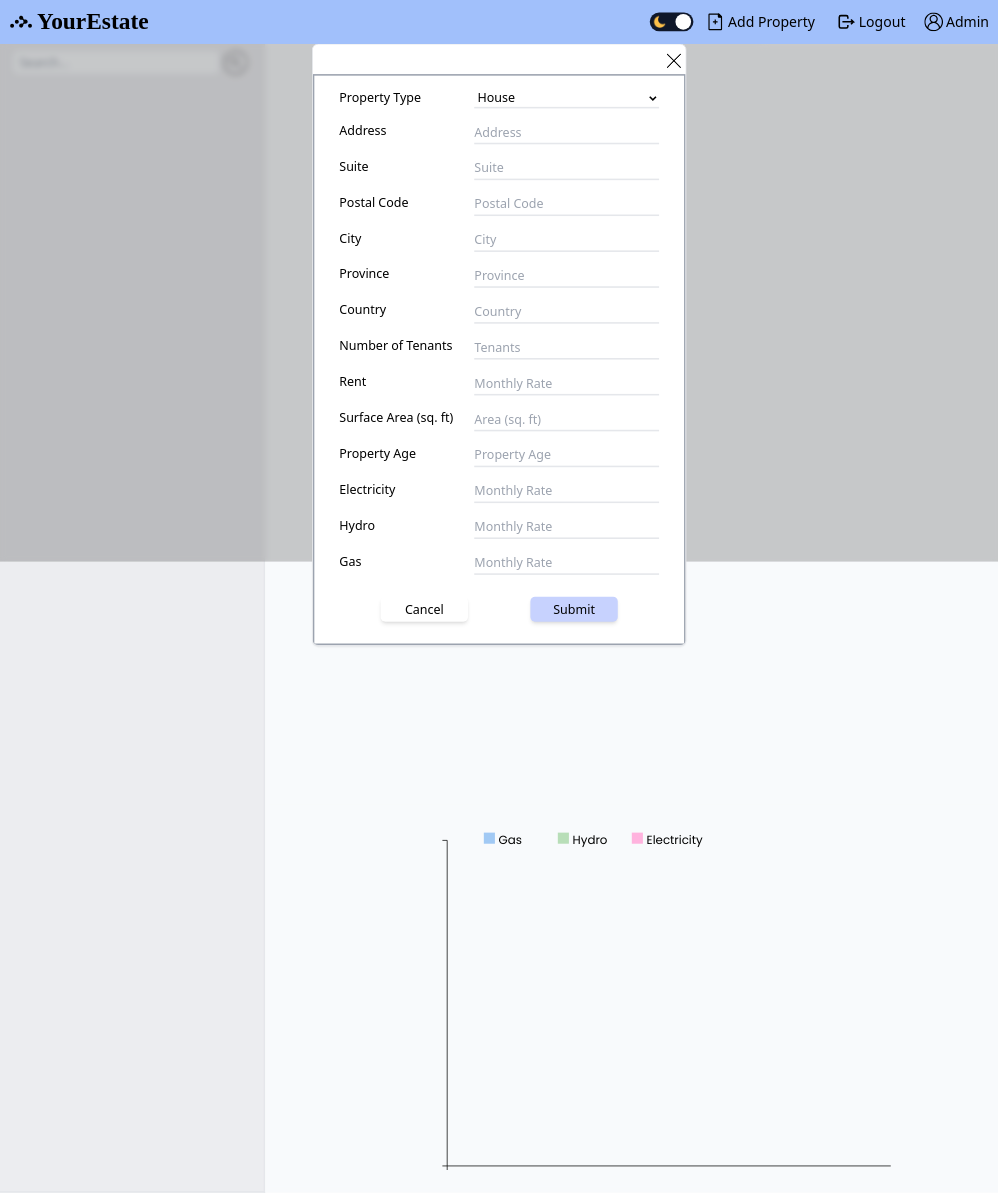
Repository: Fortivera/yourestate
Page: /dashboard/createproperty
The author's editor kept a copy of each file at every save. The page is drawn from the files as they stood at one save, then again after the next save.
The browser window is 1280 px wide. The pictures show the whole page, at 78% of full size.
The page's requests for data from a server got no answer. The project was rebuilt for these pictures with package versions that can differ from the ones it lists, and the page was loaded fresh each time. Some packages were replaced by stand-ins written for this rebuild. The framework's server and built-in components were replaced by stand-ins that run in the browser. No one was signed in, and anything a server would have sent is missing. Also part of the build but not shown: next.config.js, src/app/loading.tsx, src/components/PropertyCard.tsx.

Above is the page before, as saved 2023-12-31 00:45:58.

### src/app/layout.tsx
import "./globals.css"
import { Analytics } from "@vercel/analytics/react"
import { Metadata } from "next"
import ReactQueryProvider from "./providers"

export const metadata: Metadata = {
  title: {
    template: "%s | Your Estate Login",
    default: "Your Estate Login",
  },
  description: "Home page for the real estate web application",
}

export default function RootLayout({ children }: { children: React.ReactNode }) {
  return (
    <html lang="en">
      <body>
        <ReactQueryProvider>
          {children}
          <Analytics />
        </ReactQueryProvider>
      </body>
    </html>
  )
}

### src/app/dashboard/layout.tsx
import { ThemeContextProvider } from "@/context/ThemeContex"
import ThemeProvider from "@/providers/ThemeProvider"
import { QueryClient, HydrationBoundary, dehydrate } from "@tanstack/react-query"
import { getProperty } from "lib/useRequestFunctions"

import { Analytics } from "../../components/Analytics/Analytics"
import Navbar from "../../components/Navbar"
import PropertiesList from "../../components/PropertiesList"

// import { usePropertyStore } from "../usePropertiesStore"

export default async function Layout({ children }: { children: React.ReactNode }) {
    const queryClient = new QueryClient()
    await queryClient.prefetchQuery({
        queryKey: ["allProperties"],
        queryFn: getProperty,
    })

    // const allPropertiesPromise: Promise<Property[]> = await getProperty()
    // const allProperties = await allPropertiesPromise

    // usePropertyStore.setState({ allProperties })

    return (
        <>
            <ThemeContextProvider>
                <ThemeProvider>
                    <header>
                        <Navbar />
                    </header>
                    <div>{children}</div>
                    <main>
                        <div className="flex flex-col md:flex-row mt-14">
                            <div className="w-screen md:h-auto md:w-[29rem] h-[50vh]">
                                <HydrationBoundary state={dehydrate(queryClient)}>
                                    <PropertiesList />
                                </HydrationBoundary>
                            </div>
                            <HydrationBoundary state={dehydrate(queryClient)}>
                                <Analytics />
                            </HydrationBoundary>
                        </div>
                    </main>
                </ThemeProvider>
            </ThemeContextProvider>
        </>
    )
}

### src/app/dashboard/createproperty/layout.tsx
'use client'

import Layout from "../layout";
import ProductsPage from "../page";

export default function Layouta({ children, }: { children: React.ReactNode }) {
    return (
        <>

            {children}
        </>
    )

}

### src/app/globals.css
@import url("https://fonts.googleapis.com/css2?family=Lora:ital,wght@0,400;0,500;0,600;1,400;1,500;1,600&family=Montserrat:ital,wght@0,300;0,400;0,500;0,600;1,300;1,400;1,500;1,600&family=Poppins:ital,wght@0,300;0,400;0,500;0,600;0,700;0,800;0,900;1,300;1,400;1,500;1,600;1,700;1,800;1,900&family=Noto+Sans:ital,wght@0,300;0,400;0,500;0,600;0,700;0,800;0,900;1,300;1,400;1,500;1,600;1,700;1,800;1,900&display=swap");

@tailwind base;
@tailwind components;
@tailwind utilities;

.navbarDark {
    background-color: rgb(45 48 56);
    color: #ddd;
}
.navbarLight {
    background-color: rgb(161, 192, 251);
    color: black;
}
.propertyListLight {
    background-color: rgb(249 250 251);
    color: black;
    border-color: rgb(229 231 235);
}
.propertyListDark {
    background-color: rgb(45 48 56 / 0.95);
    color: #ddd;
}
.searchbarLight {
    background-color: rgb(248 250 252);
    color: black;
}
.searchbarDark {
    background-color: rgb(100 116 139 / 0.6);
    color: #ddd;
}
.propertyLight {
    background-color: rgb(249 250 251);
    color: black;
}
.propertyDark {
    background-color: rgb(45 48 56 / 0.95);
    color: #ddd;
}

### src/app/providers.tsx
"use client"
import { ReactNode, useState } from "react"
import { QueryClient, QueryClientProvider } from "@tanstack/react-query"
import { ReactQueryDevtools } from "@tanstack/react-query-devtools"

type Props = {
  children: ReactNode
}

export default function ReactQueryProvider({ children }: Props) {
  const [queryClient] = useState(() => new QueryClient())

  return (
    <QueryClientProvider client={queryClient}>
      <ReactQueryDevtools initialIsOpen={false} />
      {children}
    </QueryClientProvider>
  )
}

### src/context/ThemeContex.tsx
"use client"
import { createContext, useState, ReactNode, useEffect } from "react"

interface ChildrenProps {
    children: ReactNode
}

interface ThemeContextType {
    theme: string
    toggle: () => void
}

// This component is responsible to registering and remembering what theme was chosen by the user
// we use local storage for that
export const ThemeContext = createContext<ThemeContextType>({
    theme: "light",
    toggle: () => {},
})

function getFromLocalStorage() {
    if (typeof window === "undefined") {
        return "light" // Use a default theme on the server-side
    }
    return localStorage.getItem("theme") || "light"
}

export const ThemeContextProvider = ({ children }: ChildrenProps) => {
    const [theme, setTheme] = useState<string>(getFromLocalStorage)

    // since next.js uses server side rendering, we must specify if the transition to client is completed
    const toggle = () => {
        setTheme((prevTheme) => (prevTheme === "light" ? "dark" : "light"))
    }

    useEffect(() => {
        localStorage.setItem("theme", theme)
    }, [theme])

    return <ThemeContext.Provider value={{ theme, toggle }}>{children}</ThemeContext.Provider>
}

### src/providers/ThemeProvider.tsx
"use client"

import { useState, useEffect, useContext, ReactNode } from "react"
import { ThemeContext } from "@/context/ThemeContex"

interface ChildrenProps {
    children: ReactNode
}

// this component is created to keep the layout/page as server side rendered.
// useContext() requires you to have "use client"

export default function ThemeProvider({ children }: ChildrenProps) {
    const { theme } = useContext(ThemeContext)
    const [mounted, setMounted] = useState(false)

    useEffect(() => {
        setMounted(true)
    }, [])

    if (!mounted) {
        return null // or a loading placeholder if desired
    }
    return <div className={theme}>{children}</div>
}

### lib/useRequestFunctions.ts
export function filterId(arr: Property[], propertyid: number) {
  for (let i = 0; i < arr.length; i++) {
    try {
      if (arr[i].id != propertyid) {
        continue
      } else {
        return arr[i] as Property
      }
    } catch (error) {
      console.error(error)
    }
  }
}

export function deleteProperty(userInput: number) {
  const url = `${process.env.NEXT_PUBLIC_SERVER_URL}${process.env.NEXT_PUBLIC_PROPERTY_ENDPOINT}${userInput}`
  console.log(url)
  try {
    fetch(url, {
      method: "DELETE",
      body: JSON.stringify(userInput),
      headers: {
        "Content-Type": "application/json",
      },
    })
  } catch (err) {
    console.error(err)
    alert(`We can't submit the form, because of ${err}`)
  }
}

// eslint-disable-next-line no-unused-vars
export async function updateProperty(userInput: Property, id: number) {
  const url = `${process.env.NEXT_PUBLIC_SERVER_URL}${process.env.NEXT_PUBLIC_PROPERTY_ENDPOINT}/${id}`
  // const url = "http://localhost:5085/api/Properties/39"
  console.log(url)
  try {
    const response = await fetch(url, {
      method: "PUT",
      body: JSON.stringify(userInput),
      headers: {
        "Content-Type": "application/json",
      },
    })
    if (!response.ok) {
      throw new Error(`Invalid response: ${response.status}`)
    }
  } catch (err) {
    console.error(err)
    alert("We can't submit the form, try again later?")
  }
}

export async function getProperty(): Promise<Property[]> {
  try {
    const response = await fetch(`${process.env.NEXT_PUBLIC_SERVER_URL}${process.env.NEXT_PUBLIC_PROPERTY_ENDPOINT}`, {
      cache: "no-store",
    })
    if (!response.ok) {
      throw new Error("Failed to fetch data.")
    }

    const propertyCollection: Property[] = await response.json()
    return propertyCollection
  } catch (err) {
    console.log(err)
    return []
  }
}

// Helper function to get the token and save it in localStorage
export async function tokenHandleResponse(response: Response) {
  if (response.ok) {
    const data = await response.json()
    if (data.token) {
      localStorage.setItem("token", data.token)
      return data
    }
    throw new Error("Token not found in response")
  }
  throw new Error("Network response was not ok.")
}

### src/components/Analytics/Analytics.tsx
"use client"
import Loading from "@/app/loading"
import { ThemeContext } from "@/context/ThemeContex"
import { useQuery } from "@tanstack/react-query"
import { getProperty } from "lib/useRequestFunctions"
import React, { Suspense, useContext } from "react"
import { D3BarChart } from "./D3charts/D3BarChart"
import { D3DonutPieChart } from "./D3charts/D3DonutPieChart"
import { D3PieChart } from "./D3charts/D3PieChart"

// interface Props {
//     allProperties: Property[]
// }

export const Analytics = () => {
    const { theme } = useContext(ThemeContext)
    const { data: allProperties, error } = useQuery({
        queryKey: ["allProperties"],
        queryFn: getProperty,
    })
    if (error) return <div>Failed to load</div>
    return (
        <>
            {/* <div className="w-full h-full">{<iframe height="100%" width="100%" title="Report Section" src="https://app.powerbi.com/view?r=eyJrIjoiZDVmOGZlMWMtN2VkYS00NmRkLWJiZDgtMGY1MzQyNTdlOWQ1IiwidCI6IjcwYWQ5MjFmLTFmZjQtNDZjNC1hMmZkLWIxNTc0MjcxODQ3NiJ9" allowFullScreen={true}></iframe>}</div> */}
            <div className={`${theme === "light" ? "bg-slate-50" : "bg-[#515F73]"} grid grid-cols-1 desktop:grid-cols-2 w-full py-2 px-1 font-Poppins`}>
                <div>
                    <Suspense fallback={<Loading />}>
                        <D3DonutPieChart allProperties={allProperties!} />
                    </Suspense>
                </div>
                <div>
                    <Suspense fallback={<Loading />}>
                        <D3PieChart allProperties={allProperties!} />
                    </Suspense>
                </div>
                <div className="md:col-span-full flex justify-center">
                    <Suspense fallback={<Loading />}>
                        <D3BarChart allProperties={allProperties!} />
                    </Suspense>
                </div>
            </div>
        </>
    )
}

### src/components/Modal.tsx
"use client"

import { MouseEventHandler, useContext } from "react"
import { useRouter } from "next/navigation"
import { ThemeContext } from "@/context/ThemeContex"

export const Modal = ({ children }: any) => {
    const router = useRouter()
    const { theme } = useContext(ThemeContext)
    const closeHandler: MouseEventHandler = (): void => {
        router.push("/dashboard")
    }
    return (
        <>
            <div className="bg-black/20 backdrop-blur-sm bg-blend-saturation  fixed top-0 w-full h-screen bg-cover z-10 " onClick={closeHandler} />
            <dialog
                open
                className={`
    ${theme === "light" ? "bg-white" : "bg-[#33363e] text-[#e6e1e1]"}
    w-[80%] max-w-[480px] md:w-1/2
    mx-auto border-[1px] border-b-[2px] border-blue rounded-lg shadow-sm overflow-hidden pt-1 z-10
  `}
            >
                {children}
            </dialog>
        </>
    )
}

### public/CancelIcon.tsx

export default function CancelIcon() {

  return (
    <svg xmlns="http://www.w3.org/2000/svg" fill="#000000" width="30px" height="30px" viewBox="0 0 256 256" id="Flat">
      <path d="M202.82861,197.17188a3.99991,3.99991,0,1,1-5.65722,5.65624L128,133.65723,58.82861,202.82812a3.99991,3.99991,0,0,1-5.65722-5.65624L122.343,128,53.17139,58.82812a3.99991,3.99991,0,0,1,5.65722-5.65624L128,122.34277l69.17139-69.17089a3.99991,3.99991,0,0,1,5.65722,5.65624L133.657,128Z" />
      <path xmlns="http://www.w3.org/2000/svg" d="M202.82861,197.17188a3.99991,3.99991,0,1,1-5.65722,5.65624L128,133.65723,58.82861,202.82812a3.99991,3.99991,0,0,1-5.65722-5.65624L122.343,128,53.17139,58.82812a3.99991,3.99991,0,0,1,5.65722-5.65624L128,122.34277l69.17139-69.17089a3.99991,3.99991,0,0,1,5.65722,5.65624L133.657,128Z" />
    </svg>
  )
}

### src/components/ThemeToggle.tsx
"use client"

import { ThemeContext } from "@/context/ThemeContex"
import Image from "next/image"
import { useContext } from "react"

export default function ThemeToggle() {
    const { toggle, theme } = useContext(ThemeContext)

    return (
        <>
            <span className="sr-only">Toggle theme</span>
            <div className="flex items-center w-14 h-6 rounded-full cursor-pointer justify-between  relative" onClick={toggle} style={theme === "dark" ? { backgroundColor: "white" } : { backgroundColor: "#0f172a" }}>
                <Image src="/static/moon.png" alt={"moon icon"} width={18} height={10} className={"m-1"} />
                <div className="rounded-full w-5 h-5 absolute m-0.5" style={theme === "dark" ? { left: 1, background: "#0f172a" } : { right: 1, background: "white" }} />
                <Image src="/static/sun.png" alt={"sun icon"} width={18} height={10} className={"m-1"} />
            </div>
        </>
    )
}

### public/static/SvgLogout.tsx
import * as React from "react"
import { SVGProps } from "react"
const SvgLogout = (props: SVGProps<SVGSVGElement>) => (
    <svg xmlns="http://www.w3.org/2000/svg" width={24} height={24} fill="none" stroke="currentColor" {...props}>
        <path stroke="none" d="M0 0h24v24H0z" />
        <path d="M14 8V6a2 2 0 0 0-2-2H5a2 2 0 0 0-2 2v12a2 2 0 0 0 2 2h7a2 2 0 0 0 2-2v-2" />
        <path d="M7 12h14l-3-3m0 6 3-3" />
    </svg>
)
export default SvgLogout

### public/static/SvgAddProperty.tsx
import * as React from "react"
import { SVGProps } from "react"
const SvgAddProperty = (props: SVGProps<SVGSVGElement>) => (
  <svg xmlns="http://www.w3.org/2000/svg" width={24} height={24} fill="none" {...props}>
    <path stroke="currentColor" d="M9 12h3m3 0h-3m0 0V9m0 3v3M4 21.4V2.6a.6.6 0 0 1 .6-.6h11.652a.6.6 0 0 1 .424.176l3.148 3.148A.6.6 0 0 1 20 5.75V21.4a.6.6 0 0 1-.6.6H4.6a.6.6 0 0 1-.6-.6Z" />
    <path fill="currentColor" stroke="currentColor" d="M16 5.4V2.354a.354.354 0 0 1 .604-.25l3.292 3.292a.353.353 0 0 1-.25.604H16.6a.6.6 0 0 1-.6-.6Z" />
  </svg>
)
export default SvgAddProperty

### public/static/SvgLogoName.tsx
import * as React from "react"
import { SVGProps } from "react"
const SvgLogoName = (props: SVGProps<SVGSVGElement>) => (
    <svg xmlns="http://www.w3.org/2000/svg" width={163} height={52} overflow="hidden" {...props}>
        <text fill="currentColor" transform="translate(-.785 35)">
            {"\n              YourEstate\n            "}
        </text>
    </svg>
)
export default SvgLogoName

### public/static/SvgMainLogo.tsx
import * as React from "react"
import { SVGProps } from "react"
const SvgMainLogo = (props: SVGProps<SVGSVGElement>) => (
  <svg
    xmlns="http://www.w3.org/2000/svg"
    width={42}
    height={40}
    fill="currentColor"
    overflow="hidden"
    {...props}
  >
    <path d="M13.582 20.41c-1.39 0-2.523-1.142-2.523-2.542s1.133-2.542 2.523-2.542c1.39 0 2.523 1.142 2.523 2.542 0 1.399-1.134 2.542-2.523 2.542zm-6.058 5.047c-1.388-.003-2.518-1.15-2.514-2.55a2.537 2.537 0 0 1 2.532-2.534c1.389.003 2.519 1.15 2.514 2.551a2.538 2.538 0 0 1-2.532 2.533zm22.962 0a2.538 2.538 0 0 1-2.543-2.523c-.007-1.402 1.118-2.553 2.505-2.56a2.538 2.538 0 0 1 2.542 2.522c.008 1.401-1.118 2.553-2.504 2.561zM25.757 15.474c-.686-.214-1.419-.303-2.138-.381-1.112-.12-1.555-.554-1.743-1.668-.106-.622-.254-1.26-.523-1.825-.513-1.075-1.715-1.557-2.922-1.282-1.02.233-1.867 1.248-1.914 2.29-.054 1.188.626 2.203 1.794 2.553.555.167 1.145.25 1.724.293 1.063.077 1.418.394 1.705.878.182.306.357.607.357 1.517 0 .911-.177 1.212-.357 1.517-.287.484-.642.8-1.705.879-.58.042-1.17.126-1.724.293-1.168.351-1.848 1.364-1.794 2.554.047 1.041.895 2.056 1.914 2.289 1.207.276 2.409-.207 2.922-1.282.27-.564.417-1.203.523-1.825.189-1.114.632-1.547 1.743-1.668.72-.078 1.452-.168 2.138-.382 1.041-.325 1.667-1.296 1.667-2.375 0-1.078-.626-2.048-1.667-2.375z" />
  </svg>
)
export default SvgMainLogo

### public/static/SvgUser.tsx
import * as React from "react"
import { SVGProps } from "react"
const SvgUser = (props: SVGProps<SVGSVGElement>) => (
    <svg
        xmlns="http://www.w3.org/2000/svg"
        width={24}
        height={24}
        fill="none"
        stroke="currentColor"
        viewBox="0 0 512 512"
        {...props}
    >
        <path
            fill="currentColor"
            strokeWidth={0.1}
            d="M224 1.5c-30 3.9-54.3 11.2-81.5 24.5C80.8 56.2 32.4 112.4 11.6 177.8 3.4 204 0 226.5 0 256c0 21.6 1.7 38.2 5.6 55.7 10.5 47.2 32.8 88.2 66.9 123.2 41.9 43 94.8 69 155 76 13.5 1.6 46.3 1.4 60.7-.5 58.7-7.4 110.8-33.6 152.3-76.5 39-40.4 63.2-90.7 70-145.9 2-16.3 2-47.7 0-64-9.2-74.2-51.1-141.3-114-182.6C363.4 19.8 326.9 6.3 288 1.5c-15-1.8-50.1-1.8-64 0zm50.1 32c25.8 1.4 55.4 9.7 81.4 22.7 57.4 28.7 100.1 81 116.4 142.8 5.9 22.4 6.6 28.1 6.6 57s-.7 34.6-6.6 57c-7.4 27.8-20.4 54.6-37.8 77.6l-4.8 6.3-2.7-10.2c-13.5-50.4-48.2-92.1-95.5-114.5l-9.4-4.5 4.4-3.5c18.6-14.9 33.2-37.7 39.2-61.1 1.9-7.3 2.2-11.4 2.2-27.1 0-15.7-.3-19.8-2.2-27.1-10.2-40-42-72-81.7-82.1-12.4-3.1-37-3.6-49.6-1-45.1 9.5-78.9 42.9-88 87.2-1.9 9-2.1 12.8-1.7 26.5.6 18.3 2.3 27 8.5 41.3 6.8 15.8 19.6 32.6 33.1 43.4l4.3 3.5-13.3 6.6c-7.4 3.7-17.7 9.8-22.9 13.5-11.7 8.3-33.5 29.8-41.4 41-12.2 17.3-22 38.2-27.3 58.1l-2.6 10-4.8-6.3c-21.4-28.3-35.6-61.2-42.6-98.6-2.5-13.7-2.5-58.3 0-72 8.8-46.8 28.2-85.6 59.2-117.9 32.1-33.5 72.8-56.1 117-65 16-3.2 35.8-5.1 48-4.4 2.8.1 9.3.5 14.6.8zm.7 65.6c17.8 4.1 35.8 16.3 46.1 31.3 4.9 7.1 10.7 20.2 12.5 28.3 2 9.2 2.1 25.3 0 34.6-2 9.4-10 25.7-16.2 33.1-23 27.6-61.7 36.5-93.9 21.6-10.2-4.8-16.1-8.8-23.3-16-15.2-15.2-23-34.1-23-56 0-17 4.6-31.8 14.2-45.9 4.9-7 15.8-17.1 23.4-21.7C234 97 253 94.1 274.8 99.1zm-5.3 190.3c16.1 1 38.8 7.8 54.5 16.4 25.3 13.8 48.9 38.4 61.1 63.9 7.5 15.6 12.5 33.9 13.6 49.8l.6 8.1-8.9 6.6c-13 9.6-21.4 14.8-34.9 21.5-35.5 17.8-72.6 25.4-112.8 23.2-43-2.4-83.8-17.3-119.7-43.7l-10.3-7.5.7-9.1c1.1-16.7 7.8-38.9 16.4-54.6 6.5-11.9 14.5-22.4 25.1-33 20.1-20.1 41.3-32 68.6-38.6 10-2.4 28.5-4.4 34.5-3.8 1.4.2 6.6.5 11.5.8z"
        />
    </svg>
)
export default SvgUser

### src/components/Search.tsx
"use client"

const SearchIcon = () => {
  return (
    <svg
      version="1.0"
      xmlns="http://www.w3.org/2000/svg"
      width="40"
      height="40"
      viewBox="0 0 256.000000 256.000000"
      preserveAspectRatio="xMidYMid meet"
    >
      <g
        transform="translate(0.000000,256.000000) scale(0.100000,-0.100000)"
        fill="currentColor"
        stroke="none"
      >
        <path
          d="M1113 2245 c-351 -64 -645 -314 -758 -645 -196 -576 163 -1180 764
                    -1285 464 -81 934 198 1086 646 196 573 -165 1179 -764 1284 -101 18 -230 18
                    -328 0z m348 -45 c313 -64 570 -277 690 -571 134 -329 63 -718 -177 -977 -148
                    -161 -305 -249 -516 -292 -259 -53 -535 11 -749 176 -79 60 -183 176 -229 254
                    -184 310 -184 669 1 983 59 100 211 251 314 311 211 122 439 162 666 116z"
        />
        <path
          d="M1028 1765 c-61 -17 -107 -45 -156 -99 -51 -56 -67 -87 -83 -164 -14
                    -68 -3 -157 28 -215 20 -40 89 -113 129 -138 41 -25 125 -49 174 -49 56 0 141
                    27 185 58 l40 30 202 -201 c161 -160 205 -199 215 -189 10 10 -29 54 -188 215
                    l-201 202 32 46 c59 85 69 217 25 316 -21 49 -88 124 -136 154 -74 45 -177 59
                    -266 34z m214 -53 c59 -26 124 -91 151 -151 30 -64 30 -178 0 -242 -27 -60
                    -92 -125 -152 -152 -64 -30 -178 -30 -242 0 -129 59 -202 206 -169 342 43 180
                    242 278 412 203z"
        />
      </g>
    </svg>
    // <Image width={"40"} height={"40"} className="rounded-full min-w-[40px]" src="/static/ann.png" alt={""} />
  )
}

export default SearchIcon

Loaded but not shown: tailwind.config.js (44 lines, source omitted); src/components/Analytics/D3charts/D3BarChart.tsx (216 lines, source omitted); src/app/dashboard/createproperty/page.tsx (146 lines, source omitted); src/components/Navbar.tsx (98 lines, source omitted); src/components/Analytics/D3charts/D3DonutPieChart.tsx (146 lines, source omitted); src/components/Analytics/D3charts/D3PieChart.tsx (140 lines, source omitted); src/components/FormLabels.tsx (178 lines, source omitted); src/components/PropertiesList.tsx (86 lines, source omitted)

After the next save:
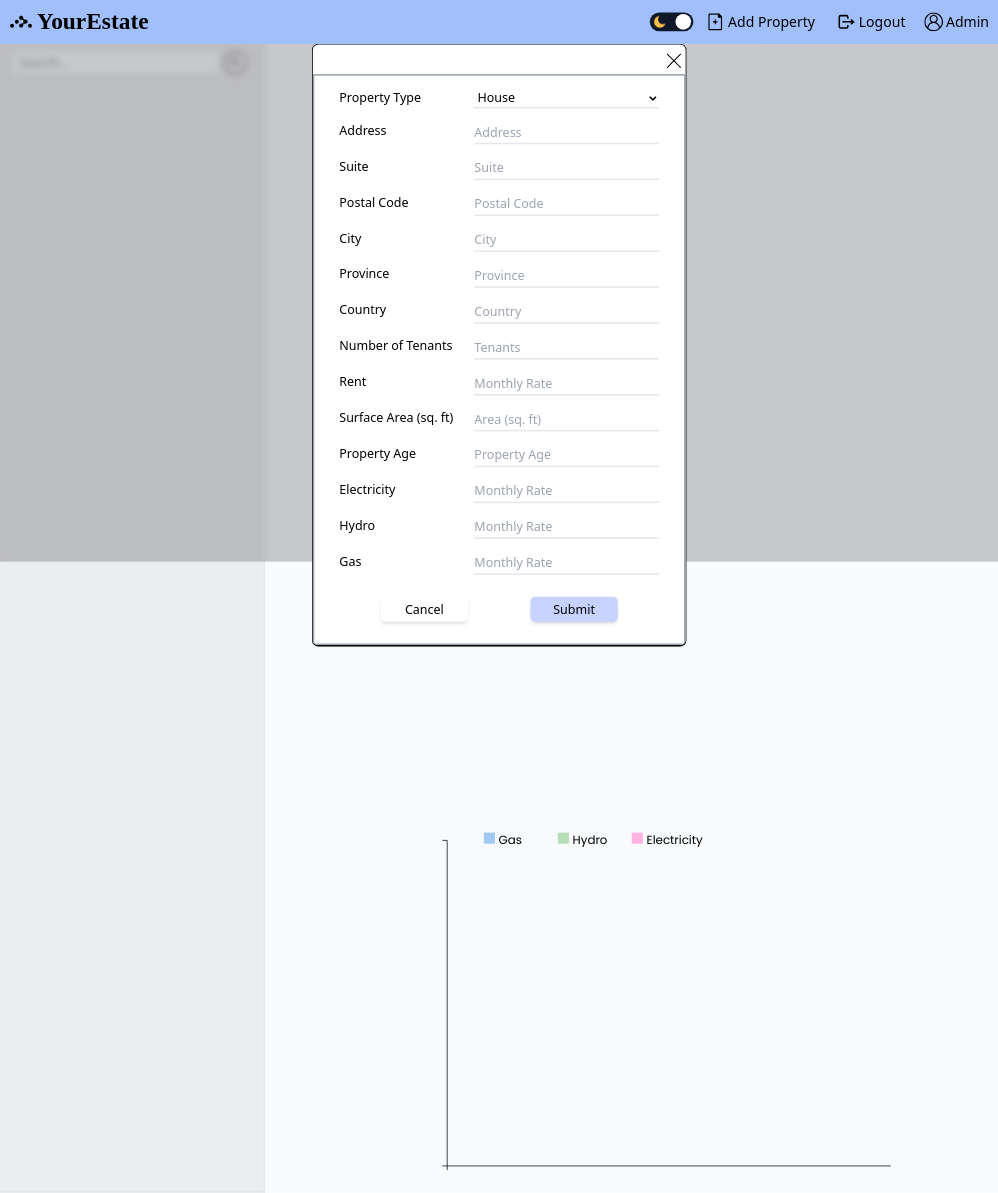
Saved 11 s later.
--- a/src/components/Modal.tsx
+++ b/src/components/Modal.tsx
@@ -18,7 +18,7 @@ export const Modal = ({ children }: any) => {
                 className={`
     ${theme === "light" ? "bg-white" : "bg-[#33363e] text-[#e6e1e1]"}
     w-[80%] max-w-[480px] md:w-1/2
-    mx-auto border-[1px] border-b-[2px] border-blue rounded-lg shadow-sm overflow-hidden pt-1 z-10
+    mx-auto border-[1px] border-b-[2px] border-black rounded-lg shadow-sm overflow-hidden pt-1 z-10
   `}
             >
                 {children}
